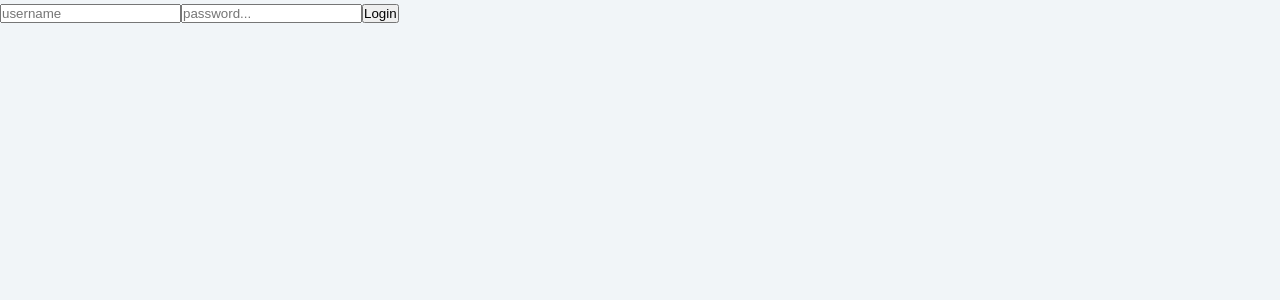
Repository: devogi/React.js-Context-API
Page: /
These files come from the project's save history. The page is drawn as it stood at one moment and after a run of saves; the edit follows.
The browser window is 1280 px wide. The pictures show the whole page.
The project was rebuilt for these pictures with package versions that can differ from the ones it lists, and the page was loaded fresh each time.

Above is the page before, as saved 2022-03-24 14:59:55.

After the next 3 saves:
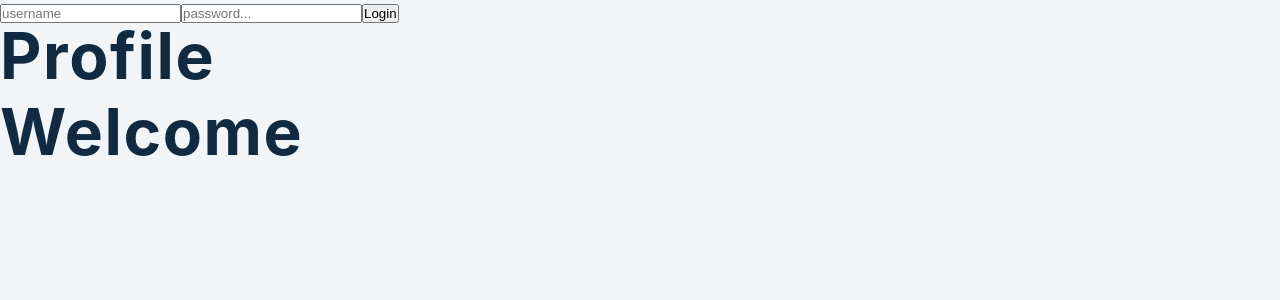
The 3 saves are shown as one change because 2 did not build or start.
The last was saved 53 s later.
--- a/src/index.js
+++ b/src/index.js
@@ -1,6 +1,7 @@
 import React from 'react';
 import ReactDOM from 'react-dom';
 import Login from './components/Login';
+import Profile from './components/Profile';
 import './index.css';
 
 
@@ -8,7 +9,7 @@ import './index.css';
 ReactDOM.render(
   <React.StrictMode>
    <Login />
-
+   <Profile />
   </React.StrictMode>,
   document.getElementById('root')
 );
--- a/src/components/Profile.js
+++ b/src/components/Profile.js
@@ -1,4 +1,4 @@
-import React from 'react'
+import React, { useContext } from 'react'
 import { LoginContext } from '../contexts/LoginContext';
 
 function Profile() {
